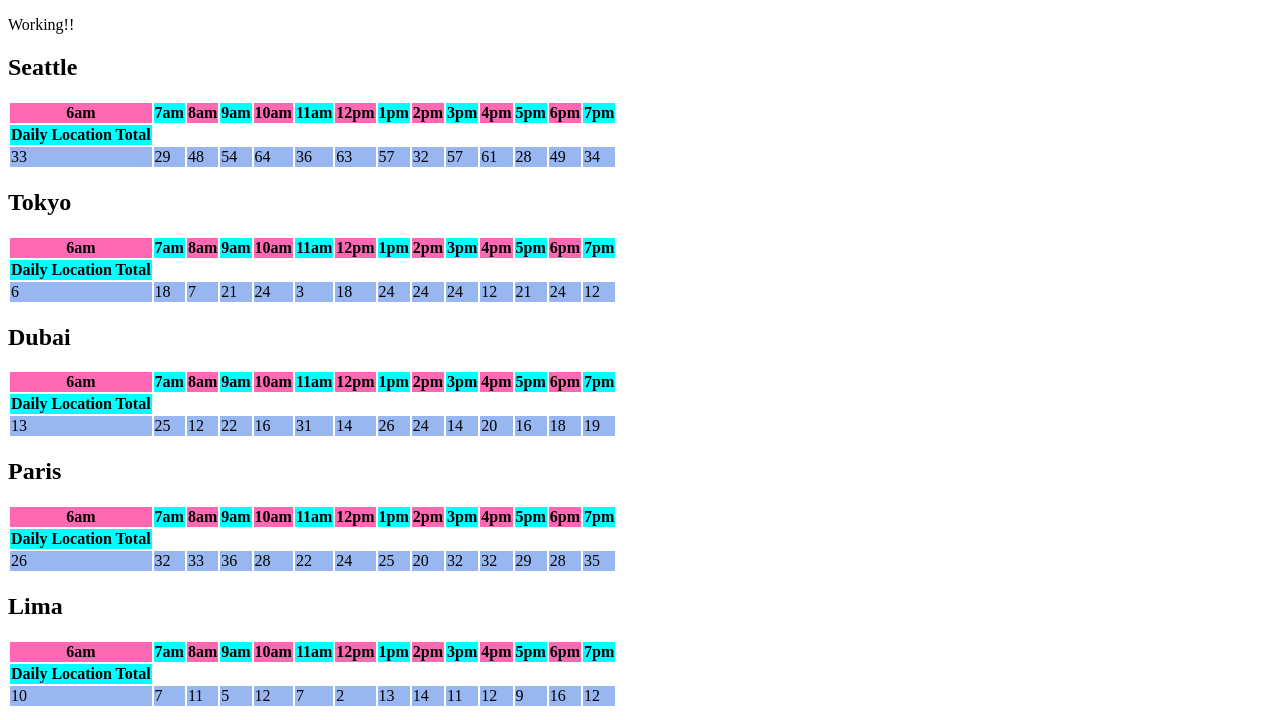
Repository: aaron1986/cookie_stand
Page: sales.html
An editor plug-in stored every save of this project. The page is shown before and after the next save, followed by the edit.
The browser window is 1280 px wide. The pictures show the whole page.

Above is the page before, as saved 2023-09-26 15:37:42.

After the next save:
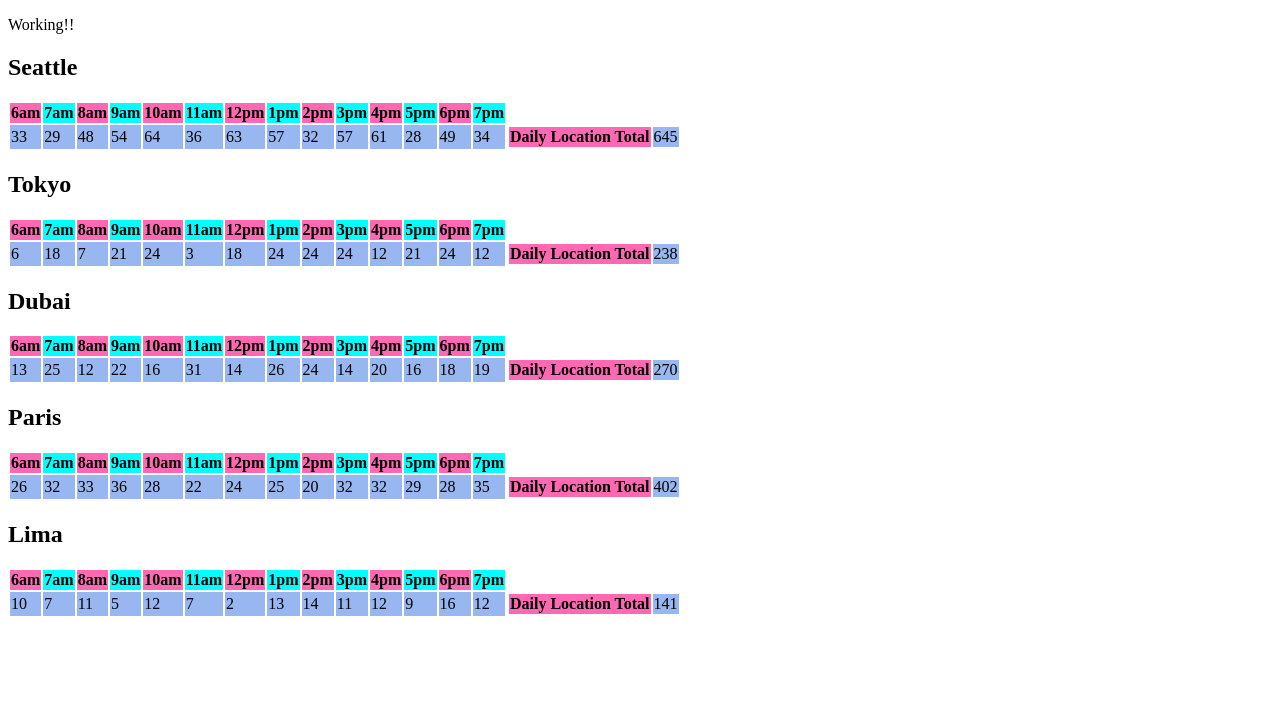
Saved 29 s later.
--- a/app.js
+++ b/app.js
@@ -56,11 +56,6 @@ function createShopLocation(locationData) {
     const table = document.createElement("table");
 
     const thead = document.createElement("thead");
-
-   // Calculate the daily total for each hour
-
-   const totalCell = document.createElement("th");
-   totalCell.textContent = "Daily Location Total";
     const headerRow = document.createElement("tr");
 
     // Loop through the hours and create table headers
@@ -71,13 +66,10 @@ function createShopLocation(locationData) {
     }
 
     thead.appendChild(headerRow);
-    thead.appendChild(totalCell);
     table.appendChild(thead);
 
     const tbody = document.createElement("tbody");
     const dataRow = document.createElement("tr");
-
-
 
     // Loop through the customersPerHour
     for (let i = 0; i < locationData.customersPerHour.length; i++) {
@@ -89,7 +81,11 @@ function createShopLocation(locationData) {
 
 
     tbody.appendChild(dataRow);
-
+        // Calculate the daily total for each hour
+        const totalRow = document.createElement("tr");
+        const totalCell = document.createElement("th");
+        totalCell.textContent = "Daily Location Total";
+        totalRow.appendChild(totalCell);
 
 
         let dailyTotal = 0;
@@ -99,14 +95,14 @@ function createShopLocation(locationData) {
 
         const td = document.createElement("td");
         td.textContent = `${dailyTotal}`;
-
+        totalRow.appendChild(td);
         //console.log(dailytotal);
 
 
 
 
 
-
+    dataRow.appendChild(totalRow);
     table.appendChild(tbody);
     article.appendChild(table);
     shopLocationHtml.appendChild(article);
